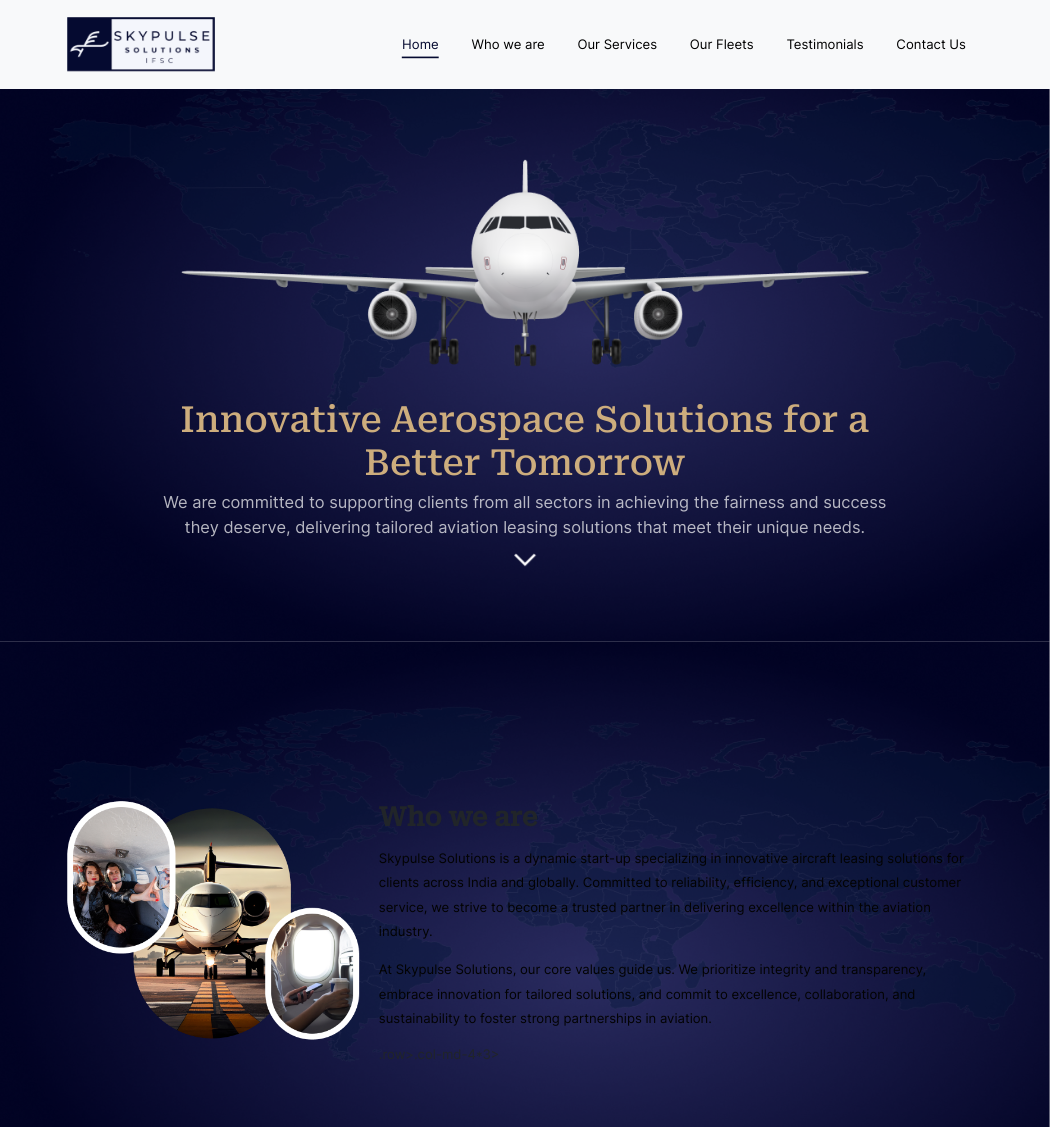
Repository: mangalravi/SkyPulse
Page: index.html
The author's editor kept a copy of each file at every save. The page is drawn from the files as they stood at one save, then again after a run of saves.
The browser window is 1280 px wide. The pictures show the whole page, at 82% of full size.

Above is the page before, as saved 2024-12-30 10:23:28.

### index.html
<!DOCTYPE html>
<html lang="en">
  <head>
    <meta charset="UTF-8" />
    <meta name="viewport" content="width=device-width, initial-scale=1.0" />
    <title>SkyPluse</title>
    <link rel="icon" href="content/images/favicon.png" type="image/x-icon" />
    <link
      rel="stylesheet"
      type="text/css"
      href="content/bootstrap/css/bootstrap.min.css"
    />
    <link rel="stylesheet" type="text/css" href="content/css/font-family.css" />
    <link rel="stylesheet" type="text/css" href="content/css/Icon.css" />
    <link
      rel="stylesheet"
      type="text/css"
      href="content/lib/slick/css/slick.min.css"
    />
    <link rel="stylesheet" type="text/css" href="content/css/custom.css" />
  </head>
  <body>
    <header class="nvbrhdr position-fixed w-100">

      <nav class="navbar navbar-expand-lg bg-body-tertiary p-0">
        <div class="container-fluid container-lg">
          <a class="navbar-brand m-0 p-0" href="#">
            <img src="content/images/logo.png" alt="logo">
          </a>
          <button class="navbar-toggler" type="button" data-bs-toggle="collapse" data-bs-target="#navbarSupportedContent" aria-controls="navbarSupportedContent" aria-expanded="false" aria-label="Toggle navigation">
            <span class="navbar-toggler-icon"></span>
          </button>
          <div class="collapse navbar-collapse" id="navbarSupportedContent">
            <ul class="navbar-nav ms-auto mb-2 mb-lg-0">
              <li class="nav-item">
                <a class="nav-link active ps-0" aria-current="page" href="#">Home</a>
              </li>
              <li class="nav-item">
                <a class="nav-link" href="#">Who we are</a>
              </li>

              <li class="nav-item">
                <a class="nav-link" href="#">Our Services</a>
              </li>
              <li class="nav-item">
                <a class="nav-link" href="#">Our Fleets</a>
              </li>
              <li class="nav-item">
                <a class="nav-link" href="#">Testimonials</a>
              </li>

              <li class="nav-item">
                <a class="nav-link pe-0" href="#">Contact Us</a>
              </li>
            </ul>

          </div>
        </div>
      </nav>

    </header>
   <section class="top-banner" style="background:url(content/images/banner-bg.png)">
    <div class="container">
      <div class="row justify-content-center">
        <div class="col-md-10">
          <div class="topcntnt text-center">
            <img src="content/images/airplane.png" alt="airplane">
            <h1 class="mb-2 fw-medium">Innovative Aerospace Solutions for a Better Tomorrow</h1>
            <p class="mb-2">We are committed to supporting clients from all sectors in achieving the fairness and success they deserve, delivering tailored aviation leasing solutions that meet their unique needs.</p>
            <span class="material-symbols-outlined">  arrow_forward_ios </span>
          </div>
        </div>
      </div>
    </div>
   </section>
   <section class="top-banner" style="background:url(content/images/banner-bg.png)">
    <div class="container">
      <div class="row justify-content-center">
        <div class="col-md-4">
<img src="content/images/who-we-are.png" alt="who">
          </div>
        <div class="col-md-8">
<h2 class="sec-head">Who we are</h2>
<p class="sec-para">Skypulse Solutions is a
  dynamic start-up specializing in innovative aircraft leasing solutions
   for clients across India
  and globally.  Committed
   to reliability, efficiency, and exceptional
   customer service, we
   strive to become a
   trusted partner in
   delivering excellence
   within the aviation industry.</p>
   <p class="sec-para">
    At Skypulse Solutions, our core values guide us. We prioritize integrity and transparency, embrace innovation for tailored solutions, and commit to excellence, collaboration, and sustainability to foster strong partnerships in aviation.
   </p>
   .row>.col-md-4*3>
          </div>
          </div>
          </div>
          </div>
    <script src="content/js/jquery.min.js"></script>
  <script src="content/bootstrap/js/bootstrap.bundle.min.js"></script>
    <script src="content/lib/slick/js/slick.min.js"></script>
    <script src="content/js/custom.js"></script>
  </body>
</html>

### content/css/font-family.css
/* Inter Family */

@font-face {
  font-family: "Inter";
  font-style: normal;
  font-weight: 400;
  src: url("../fonts/Inter/Inter-Regular.ttf") format("truetype");
  font-display: swap;
}

@font-face {
  font-family: "Inter";
  font-style: normal;
  font-weight: 500;
  src: url("../fonts/Inter/Inter-Medium.ttf") format("truetype");
  font-display: swap;
}

/* Roboto Serif Family */

@font-face {
  font-family: "RobotoSerif";
  font-style: normal;
  font-weight: 400;
  src: url("../fonts/Roboto-Serif/RobotoSerif-Regular.ttf") format("truetype");
  font-display: swap;
}

@font-face {
  font-family: "RobotoSerif";
  font-style: normal;
  font-weight: 500;
  src: url("../fonts/Roboto-Serif/RobotoSerif-Medium.ttf") format("truetype");
  font-display: swap;
}

### content/css/Icon.css
/* fallback */
@font-face {
    font-family: 'Material Icons';
    font-style: normal;
    font-weight: 300;
    src: url(../fonts/icon.woff2) format('woff2');
  }
  /* fallback */
  @font-face {
    font-family: 'Material Icons Outlined';
    font-style: normal;
    font-weight: 300;
    src: url(../fonts/icon-outline.woff2) format('woff2');
  }
  @font-face {
    font-family: 'Material Symbols Outlined';
    font-style: normal;
    font-weight: 300;
    src: url(../fonts/icon-symbol-outline.woff2) format('woff2');
  }

  .material-icons {
    font-family: 'Material Icons';
    font-weight: normal;
    font-style: normal;
    font-size: 24px;
    line-height: 1;
    letter-spacing: normal;
    text-transform: none;
    display: inline-block;
    white-space: nowrap;
    word-wrap: normal;
    direction: ltr;
    -webkit-font-feature-settings: 'liga';
    -webkit-font-smoothing: antialiased;
  }

  .material-icons-outlined {
    font-family: 'Material Icons Outlined';
    font-weight: normal;
    font-style: normal;
    font-size: 24px;
    line-height: 1;
    letter-spacing: normal;
    text-transform: none;
    display: inline-block;
    white-space: nowrap;
    word-wrap: normal;
    direction: ltr;
    -webkit-font-feature-settings: 'liga';
    -webkit-font-smoothing: antialiased;
  }
 /* Fallback */


.material-symbols-outlined {
  font-family: 'Material Symbols Outlined';
  font-weight: normal;
  font-style: normal;
  font-size: 24px;
  line-height: 1;
  letter-spacing: normal;
  text-transform: none;
  display: inline-block;
  white-space: nowrap;
  word-wrap: normal;
  direction: ltr;
  -webkit-font-feature-settings: 'liga';
  -webkit-font-smoothing: antialiased;
}

### content/lib/slick/css/slick.min.css
/**
 * Minified by jsDelivr using clean-css v4.2.0.
 * Original file: /npm/slick-carousel@1.8.1/slick/slick.css
 *
 * Do NOT use SRI with dynamically generated files! More information: https://www.jsdelivr.com/using-sri-with-dynamic-files
 */
 .slick-slider{position:relative;display:block;box-sizing:border-box;-webkit-user-select:none;-moz-user-select:none;-ms-user-select:none;user-select:none;-webkit-touch-callout:none;-khtml-user-select:none;-ms-touch-action:pan-y;touch-action:pan-y;-webkit-tap-highlight-color:transparent}.slick-list{position:relative;display:block;overflow:hidden;margin:0;padding:0}.slick-list:focus{outline:0}.slick-list.dragging{cursor:pointer;cursor:hand}.slick-slider .slick-list,.slick-slider .slick-track{-webkit-transform:translate3d(0,0,0);-moz-transform:translate3d(0,0,0);-ms-transform:translate3d(0,0,0);-o-transform:translate3d(0,0,0);transform:translate3d(0,0,0)}.slick-track{position:relative;top:0;left:0;display:block;margin-left:auto;margin-right:auto}.slick-track:after,.slick-track:before{display:table;content:''}.slick-track:after{clear:both}.slick-loading .slick-track{visibility:hidden}.slick-slide{display:none;float:left;height:100%;min-height:1px}[dir=rtl] .slick-slide{float:right}.slick-slide img{display:block}.slick-slide.slick-loading img{display:none}.slick-slide.dragging img{pointer-events:none}.slick-initialized .slick-slide{display:block}.slick-loading .slick-slide{visibility:hidden}.slick-vertical .slick-slide{display:block;height:auto;border:1px solid transparent}.slick-arrow.slick-hidden{display:none}
 /*# sourceMappingURL=/sm/fb3ed351cd5c0f1f30f88778ee1f9b056598e6d25ac4fdcab1eebcd8be521cd9.map */

### content/css/custom.css
:root {
  --bs-primary-color: #050A30;
  --bs-secondary-color: #030303;
  --bs-gold-color: #CDAD7D;
  --bs-heading-font-family: 'RobotoSerif', serif;
  --bs-body-font-family: 'Inter', sans-serif;
}

  section {
    padding: 120px 0;
  }
  p {
    color:var(--bs-secondary-color);
    line-height: 1.875rem;
    font-weight: 400;
  }
  a {
    text-decoration: none;
  }
  h1,h2,h3,h4,h5,h6 {
    font-family: var(--bs-heading-font-family);
    font-weight: 700;
    margin-bottom: 1rem;
  }
  .material-symbols-outlined {
    font-weight: bold;
    font-size:1.25rem;
    transition:all 0.7s;
  }
  img {
    max-width: 100%;
  }
  body{
    padding:0 ;
  }
 .navbar{
background: #FFFFFFF2;
 }
 .navbar-expand-lg .navbar-nav .nav-link {
padding: 2.781rem 0;
margin:0 1.25rem;
color:#000000;
line-height: 1.25rem;
position: relative;
 }
 .navbar-expand-lg .navbar-nav .nav-link.active {
  color: var(--bs-primary-color);
 }
 .navbar-expand-lg .navbar-nav .nav-link::before{
  position: absolute;
  content: "";
  background: transparent;
  width: 100%;
  height: 2px;
  left: 0;
  top: 63%;
 }
 .navbar-expand-lg .navbar-nav .nav-link.active::before,
  .navbar-expand-lg .navbar-nav .nav-link:hover::before {
background:var(--bs-primary-color);
 }

/* top-banner */
.top-banner{
  padding-top: 195px;
   padding-bottom: 78px;
background-size:cover;
background-position:center;
 }
.top-banner .topcntnt img{
margin-bottom: 2.5rem;
 }
.top-banner .topcntnt h1{
color:#CDAD7D;
font-size:2.75rem;
line-height: 51.52px;
letter-spacing: 1.5%;
 }
.top-banner .topcntnt p{
font-size:1.25rem;
line-height: 1.875rem;
color:#fff;
opacity: 0.7;
 }
.top-banner .topcntnt span{
  font-size: 2rem;
  transform: rotate(90deg);
  color: #fff;
}

### content/js/custom.js
$(window).scroll(function () {
  $(this).scrollTop() >= 250
    ? $(".nvbrhdr").addClass("bg-white")
    : $(".nvbrhdr").removeClass("bg-white");
})

Loaded but not shown: content/bootstrap/css/bootstrap.min.css (library); content/js/jquery.min.js (library); content/bootstrap/js/bootstrap.bundle.min.js (library); content/lib/slick/js/slick.min.js (library)

After the next 4 saves:
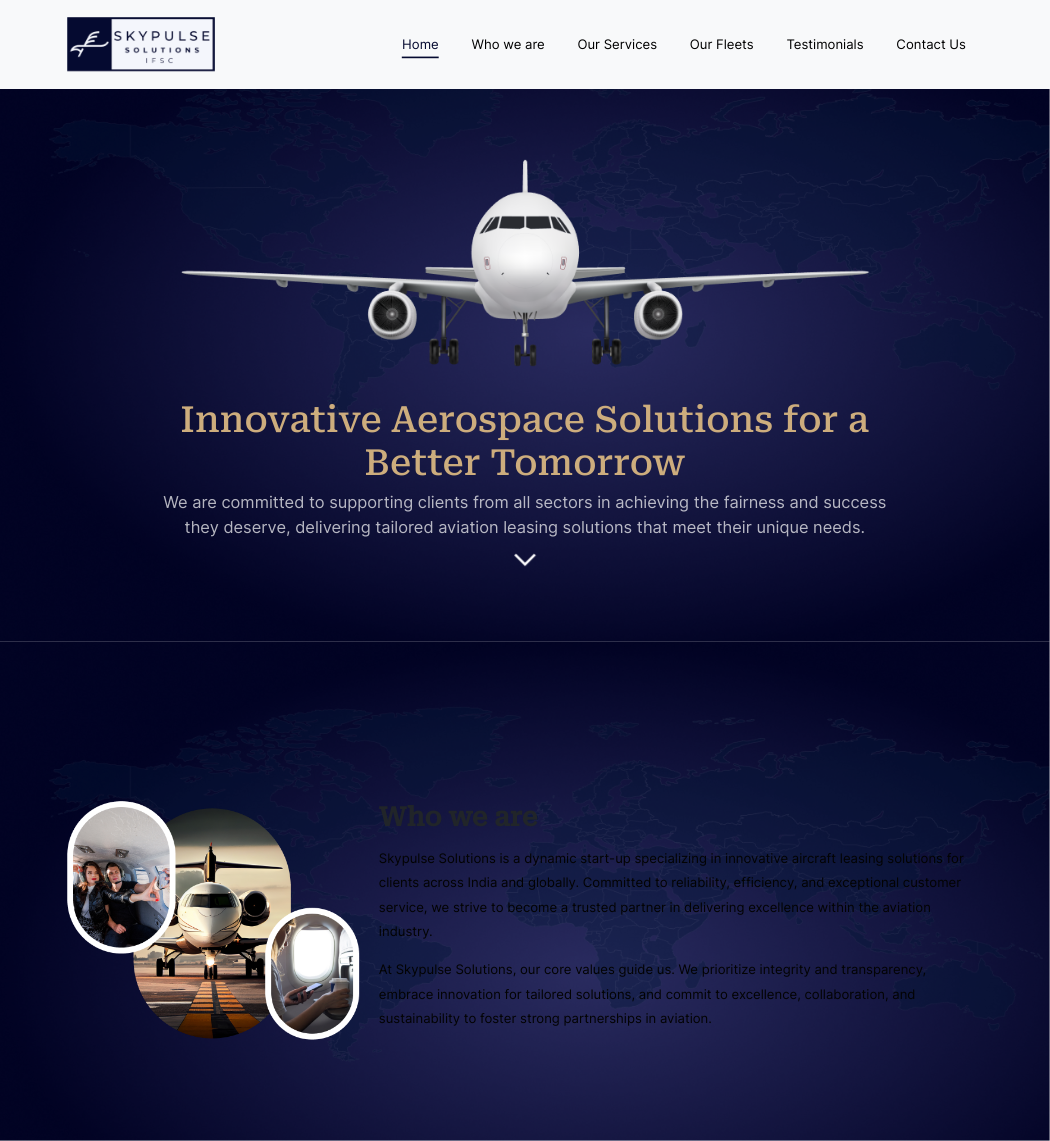
The 4 saves are shown as one change because they came seconds apart.
The last was saved 12 s later.
--- a/index.html
+++ b/index.html
@@ -94,7 +94,23 @@
    <p class="sec-para">
     At Skypulse Solutions, our core values guide us. We prioritize integrity and transparency, embrace innovation for tailored solutions, and commit to excellence, collaboration, and sustainability to foster strong partnerships in aviation.
    </p>
-   .row>.col-md-4*3>
+   <div class="row">
+    <div class="col-md-4">
+      <img src="" alt="">
+      <h3></h3>
+      <p></p>
+    </div>
+    <div class="col-md-4">
+      <img src="" alt="">
+      <h3></h3>
+      <p></p>
+    </div>
+    <div class="col-md-4">
+      <img src="" alt="">
+      <h3></h3>
+      <p></p>
+    </div>
+   </div>
           </div>
           </div>
           </div>
